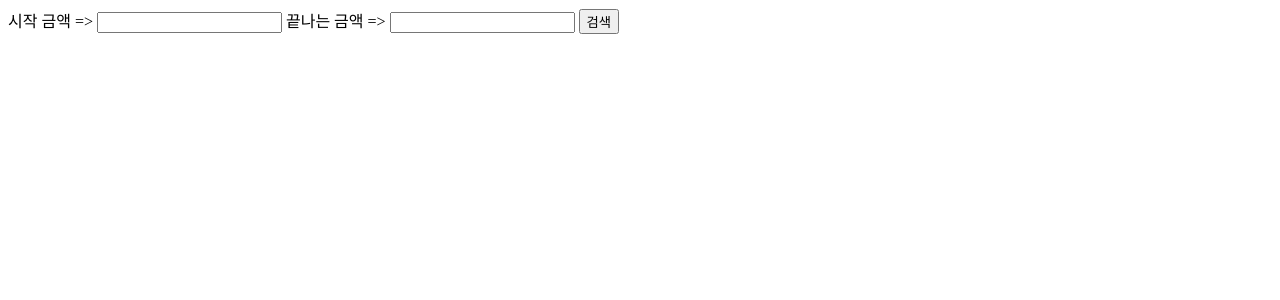
Repository: JUNGJAYOUNG/database_web
Page: http://localhost/day1109/searchBookStartEnd.jsp
These files come from the project's save history. The page is drawn as it stood at one moment and after the next save; the edit follows.
The browser window is 1280 px wide. The pictures show the whole page.
The page is served by Tomcat 9. Other server files are loaded and not shown.

Above is the page before, as saved 2021-11-09 07:47:33.

### day1109/src/main/webapp/searchBookStartEnd.jsp
<%@page import="com.sist.vo.BookVO"%>
<%@page import="java.util.ArrayList"%>
<%@page import="com.sist.dao.BookDAO"%>
<%@ page language="java" contentType="text/html; charset=EUC-KR"
    pageEncoding="EUC-KR"%>
<!DOCTYPE html>
<html>
<head>
<meta charset="EUC-KR">
<title>Insert title here</title>
</head>
<body>
	<form action="searchBook.jsp" method="post">
		시작 금액 => <input type="text" name="start">
		끝나는 금액 => <input type="text" name="end">
		<input type="submit" value="검색">
	</form>

	<%
	if(request.getParameter("price")!=null){
		int price = Integer.parseInt(request.getParameter("price"));
		BookDAO dao = new BookDAO();
		ArrayList<BookVO> list = dao.searchBook(price);
		%>
			<table>
				<tr>
					<td>도서번호</td>
					<td>도서명</td>
					<td>출판사명</td>
					<td>가격</td>
				</tr>
				<%
					for(BookVO b:list){
						%>
						<tr>
						<td><%=b.getBookid()%></td>
						<td><%=b.getBookname()%></td>
						<td><%=b.getPublisher()%></td>
						<td><%=b.getPrice()%></td>
						</tr>
						<%
					}
				%>
			</table>
		<%
	}
	%>

</body>
</html>

After the next save:
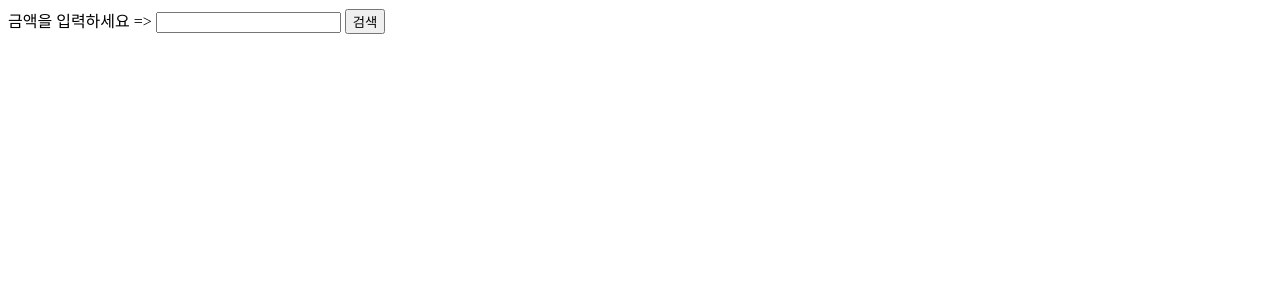
Saved 24 s later.
--- a/day1109/src/main/webapp/searchBookStartEnd.jsp
+++ b/day1109/src/main/webapp/searchBookStartEnd.jsp
@@ -11,8 +11,7 @@
 </head>
 <body>
 	<form action="searchBook.jsp" method="post">
-		시작 금액 => <input type="text" name="start">
-		끝나는 금액 => <input type="text" name="end">
+		금액을 입력하세요 => <input type="text" name="price">
 		<input type="submit" value="검색">
 	</form>
 

After the save that followed:
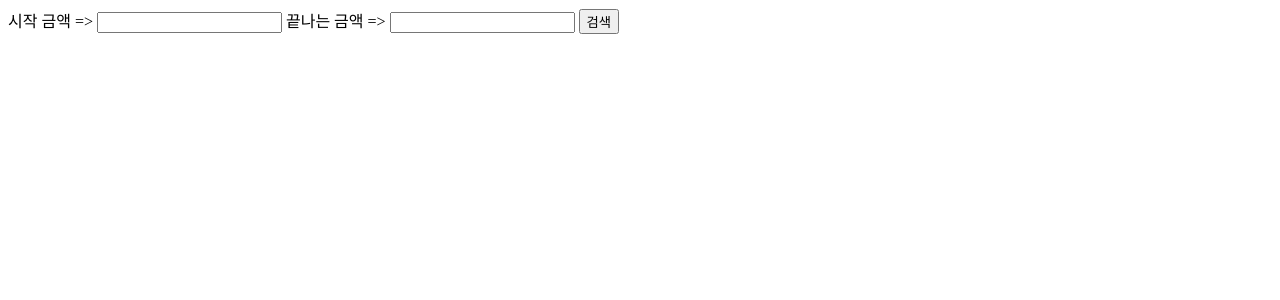
Saved 29 s later.
--- a/day1109/src/main/webapp/searchBookStartEnd.jsp
+++ b/day1109/src/main/webapp/searchBookStartEnd.jsp
@@ -11,7 +11,9 @@
 </head>
 <body>
 	<form action="searchBook.jsp" method="post">
-		금액을 입력하세요 => <input type="text" name="price">
+		시작 금액 => <input type="text" name="price">
+		끝나는 금액 => <input type="text" name="price">
+
 		<input type="submit" value="검색">
 	</form>
 
